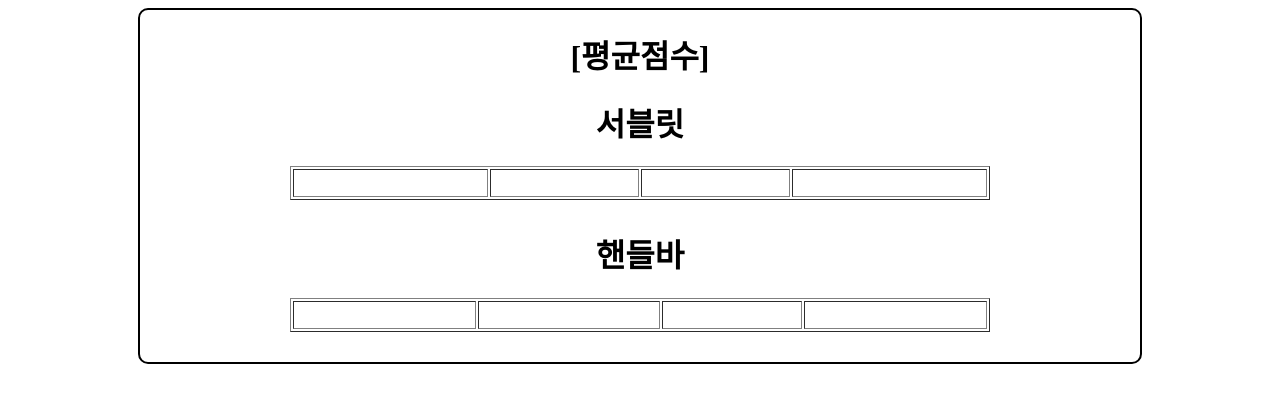
Repository: odasd/Ark-html
Page: http://localhost/ex20200504/list.jsp
The author's editor kept a copy of each file at every save. The page is drawn from the files as they stood at one save, then again after the next save.
The browser window is 1280 px wide. The pictures show the whole page.
Some web libraries are served in a nearby version. The page is served by Tomcat 9. Queries for data that is not in the repository find no rows.

Above is the page before, as saved 2020-05-04 04:09:04.

After the next save:
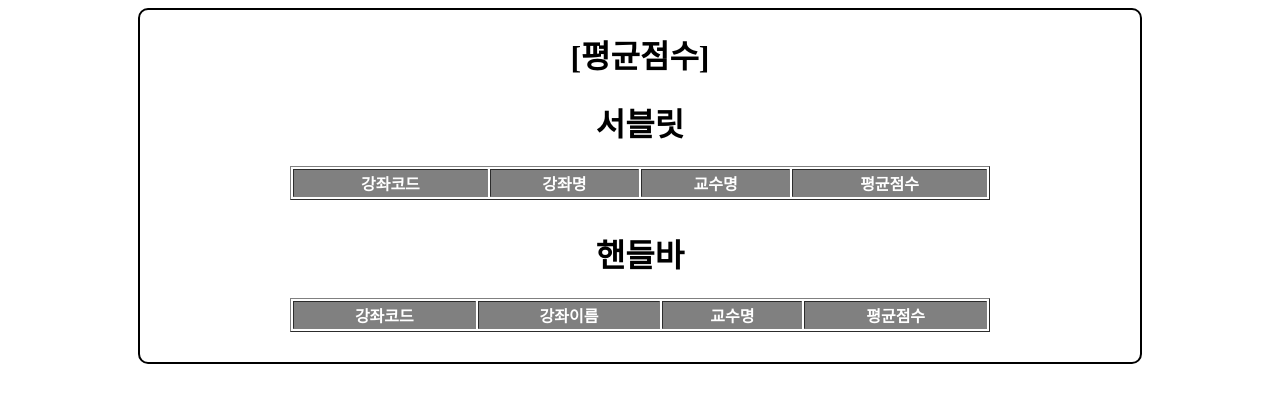
Saved 11 s later.
--- a/20200429/ex20200504/WebContent/list.jsp
+++ b/20200429/ex20200504/WebContent/list.jsp
@@ -10,7 +10,7 @@
 	<style>
 		#page {margin:auto; width:1000px; text-align:center; border:2px solid black; border-radius:10px;}
 		#tbl, #ctbl {margin:auto; margin-bottom:30px;}
-		.title {background:gary; color:white;}
+		.title {background:gray; color:white;}
 	</style>
 </head>
 <body>
